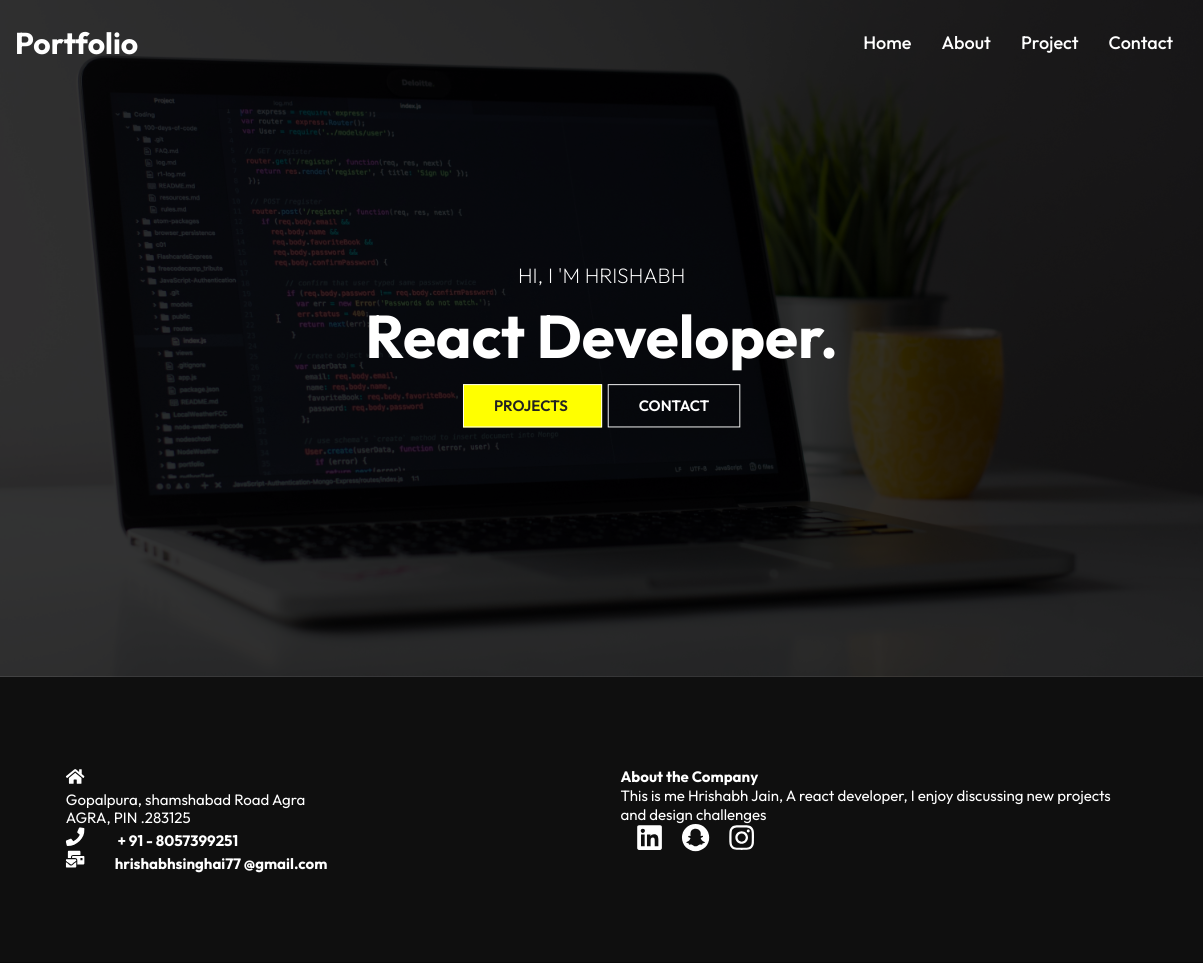
Repository: Hrishabhsinghai/Portfolio
Page: /
The author's editor kept a copy of each file at every save. The page is drawn from the files as they stood at one save, then again after the next save.
The browser window is 1280 px wide. The pictures show the whole page, at 94% of full size.
The project was rebuilt for these pictures with package versions that can differ from the ones it lists, and the page was loaded fresh each time. Also part of the build but not shown: src/routes/About.js, src/routes/Project.js, src/routes/Contact.js.

Above is the page before, as saved 2024-01-04 16:01:18.

After the next save:
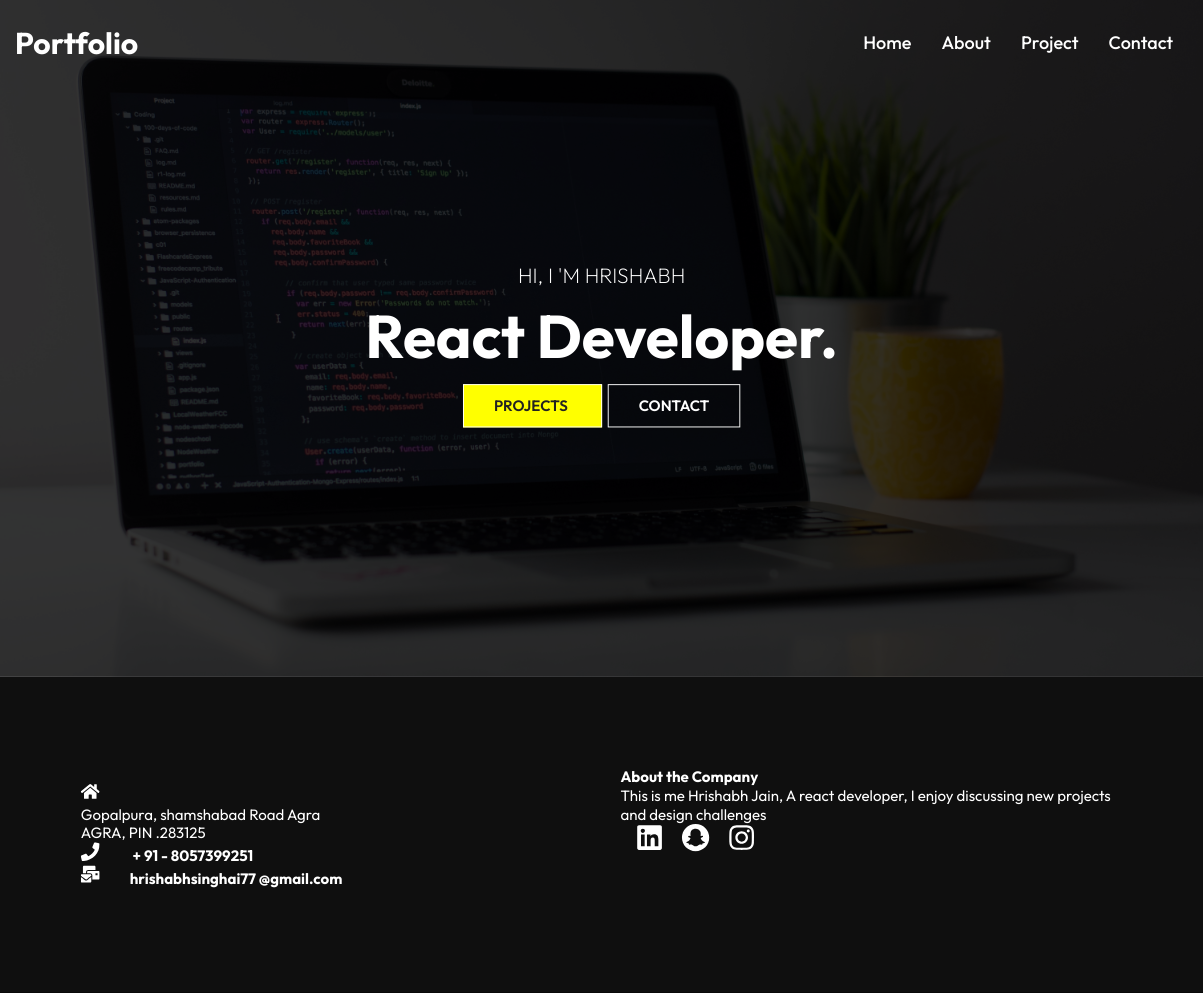
Saved 103 s later.
--- a/src/components/FooterStyles.css
+++ b/src/components/FooterStyles.css
@@ -11,3 +11,11 @@
   grid-template-columns: repeat(2, 1fr);
   grid-gap: 40px;
 }
+
+.left {
+  height: 100%;
+  max-width: 100%;
+  display: flex;
+  flex-direction: column;
+  padding: 1rem;
+}
